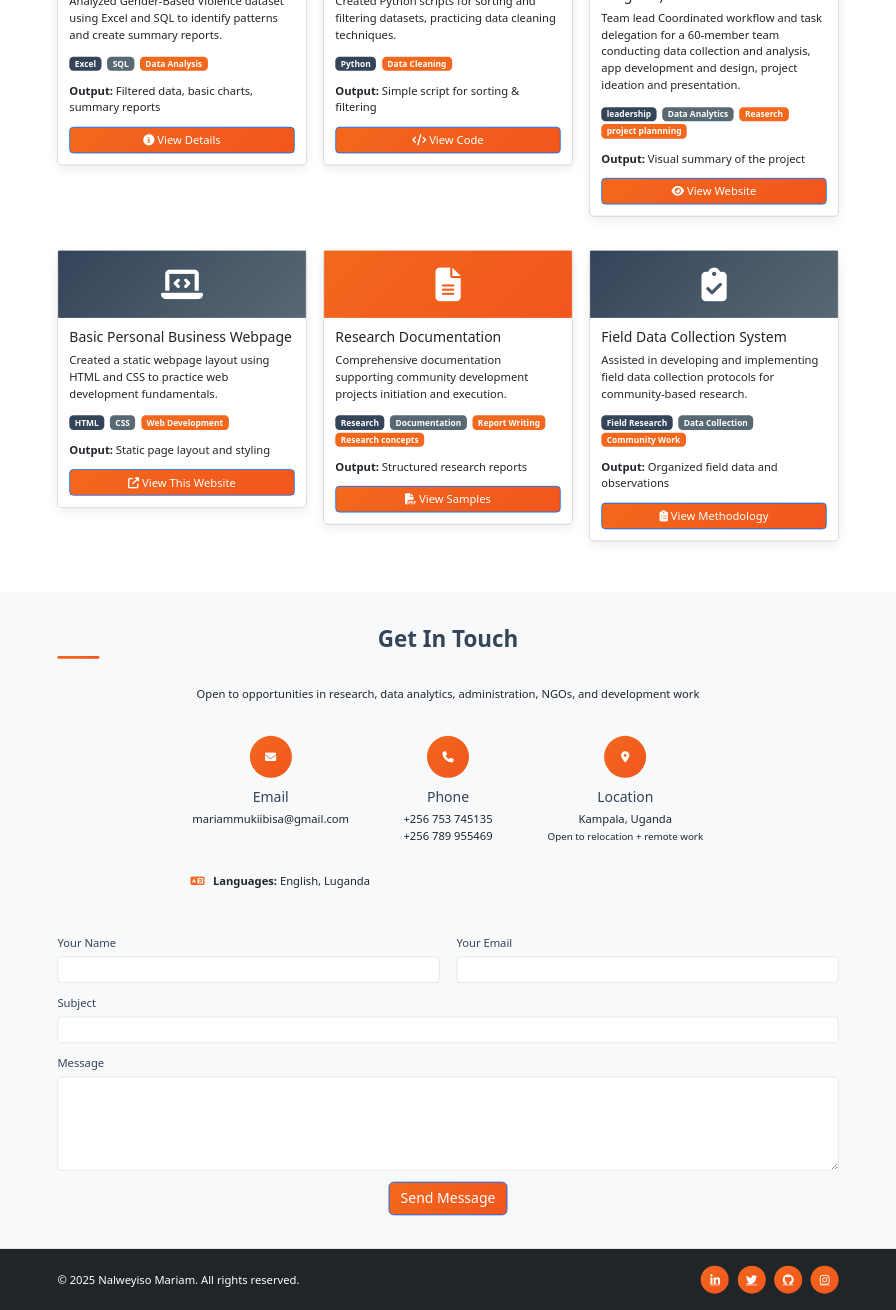
Repository: NalweMari/My-Personal-Portfolio
Page: index.html
An editor plug-in stored every save of this project. The page is shown before and after the next save, followed by the edit.
The browser window is 1280 px wide. The pictures show the part of the page from y = 1803 to 3723 px (the page is 3675 px tall before and 3723 px after), at 70% of full size.
A picture or video elsewhere on the page could not be fetched, so the positions and the page height are approximate.

Above is the page before, as saved 2025-12-04 03:25:30.
Console error (its wording comes from the project's code and is left out).

After the next save:
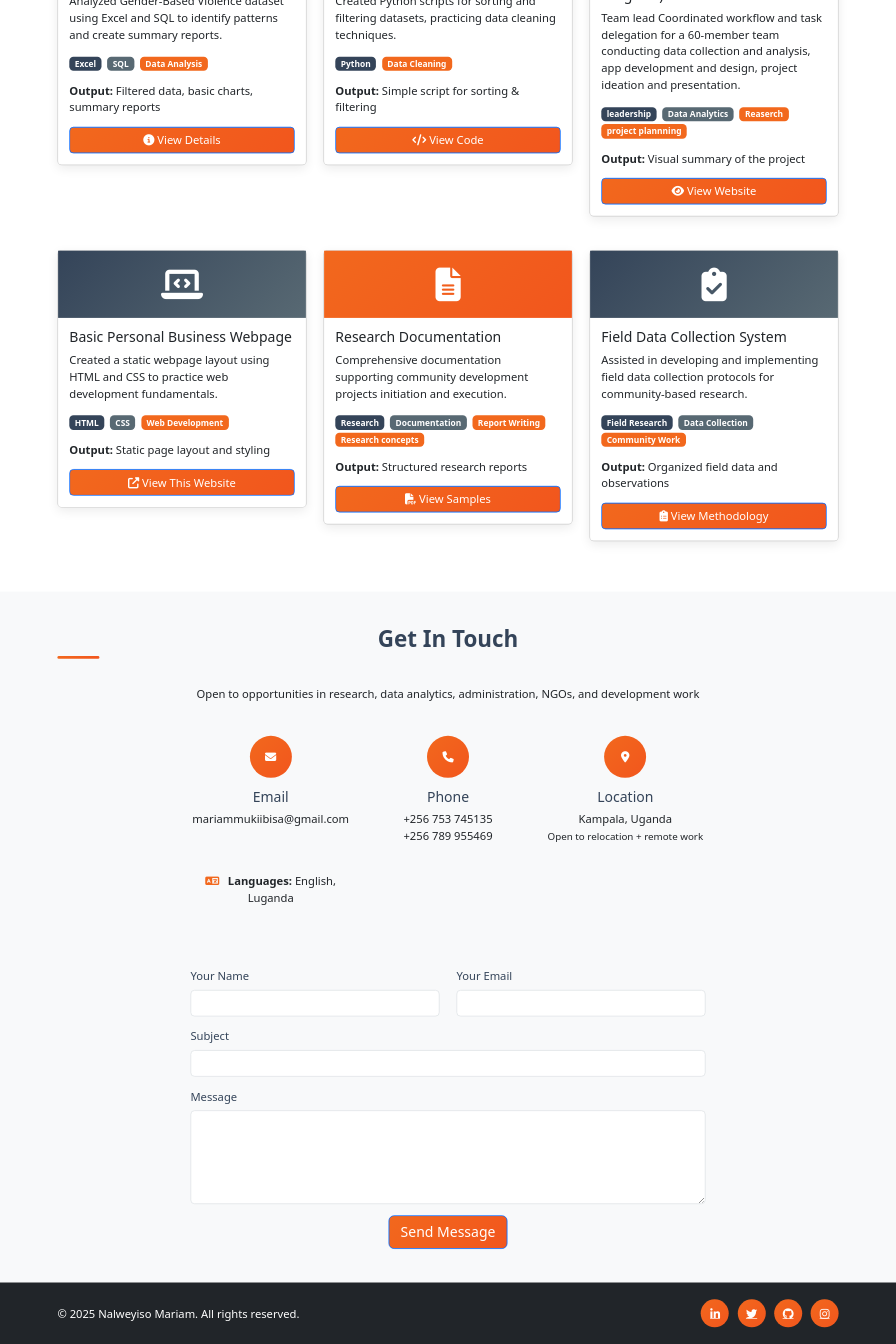
Saved 4 s later.
--- a/index.html
+++ b/index.html
@@ -359,7 +359,7 @@
                             <h5 style="color: var(--primary-color);">Location</h5>
                             <p>Kampala, Uganda<br><small>Open to relocation + remote work</small></p>
                         </div>
-                        <divclass="col-md-4 text-center mb-4">
+                        <div class="col-md-4 text-center mb-4">
                             <p><i class="fas fa-language me-2" style="color: var(--accent-1);"></i>
                                 <strong>Languages:</strong> English, Luganda</p>
                         </div>
